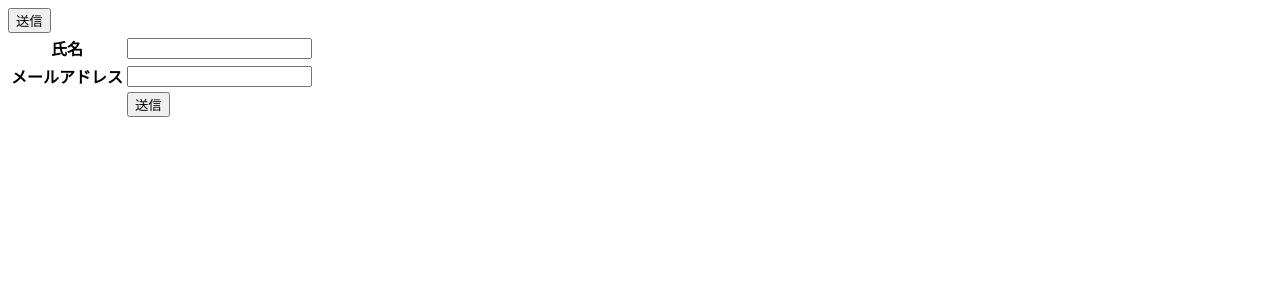
Repository: masanarimiura/20220618_miura
Page: http://localhost/
These files come from the project's save history. The page is drawn as it stood at one moment and after the next save; the edit follows.
The browser window is 1280 px wide. The pictures show the whole page.
The page is served by the project's Laravel application, run on PHP 8.4 with Laravel 8. Other server files are loaded and not shown.

Above is the page before, as saved 2022-06-18 11:52:23.

### routes/web.php
<?php

use Illuminate\Support\Facades\Route;
use App\Http\Controllers\TaskController;

Route::get('/', [TaskController::class, 'index']);
Route::post('/', [TaskController::class, 'post']);

### app/Http/Controllers/TaskController.php
<?php

namespace App\Http\Controllers;

use App\Models\Customer;
use Illuminate\Http\Request;

class TaskController extends Controller
{
    public function index()
    {
        return view('index');
    }
    public function find()
    {
        return view('find', ['input' => '']);
    }
    public function search(Request $request)
    {
        $item = Author::where('name', 'LIKE',"%{$request->input}%")->first();
        $param = [
            'input' => $request->input,
            'item' => $item
        ];
        return view('find', $param);
    }
    public function bind(Author $author)
    {
        $data = [
            'item'=>$author,
        ];
        return view('author.binds', $data);
    }
    public function add()
    {
        return view('add');
    }
    public function create(Request $request)
    {
        $this->validate($request, Author::$rules);
        $form = $request->all();
        Author::create($form);
        return redirect('/');
    }
}

### resources/views/index.blade.php
<!DOCTYPE html>
<html lang="ja">

<head>
  <meta charset="UTF-8">
  <meta name="viewport" content="width=device-width, initial-scale=1.0">
  <title>top</title>
</head>

<body>
  @if (count($errors) > 0)
<ul>
  @foreach ($errors->all() as $error)
  <li>
    {{$error}}
  </li>
  @endforeach
</ul>
@endif
<form action="/" method="post">
  <table>
    @csrf
    <tr>
      <th>
        氏名
      </th>
      <td>
        <input type="text" name="name">
      </td>
    </tr>
    <tr>
      <th>
        メールアドレス
      </th>
      <td>
        <input type="email" name="email">
      </td>
    </tr>
    <tr>
      <th></th>
      <td>
        <button>送信</button>
      </td>
      <input type="submit" value="送信">
  </table>
</form>
</body>
</html>

Loaded but not shown: app/Http/Controllers/Controller.php (common file)

After the next save:
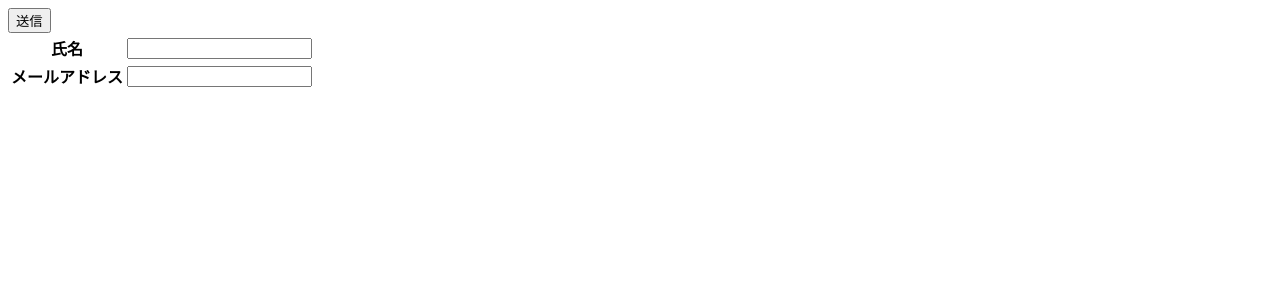
Saved 7 s later.
--- a/resources/views/index.blade.php
+++ b/resources/views/index.blade.php
@@ -37,10 +37,6 @@
       </td>
     </tr>
     <tr>
-      <th></th>
-      <td>
-        <button>送信</button>
-      </td>
       <input type="submit" value="送信">
   </table>
 </form>
